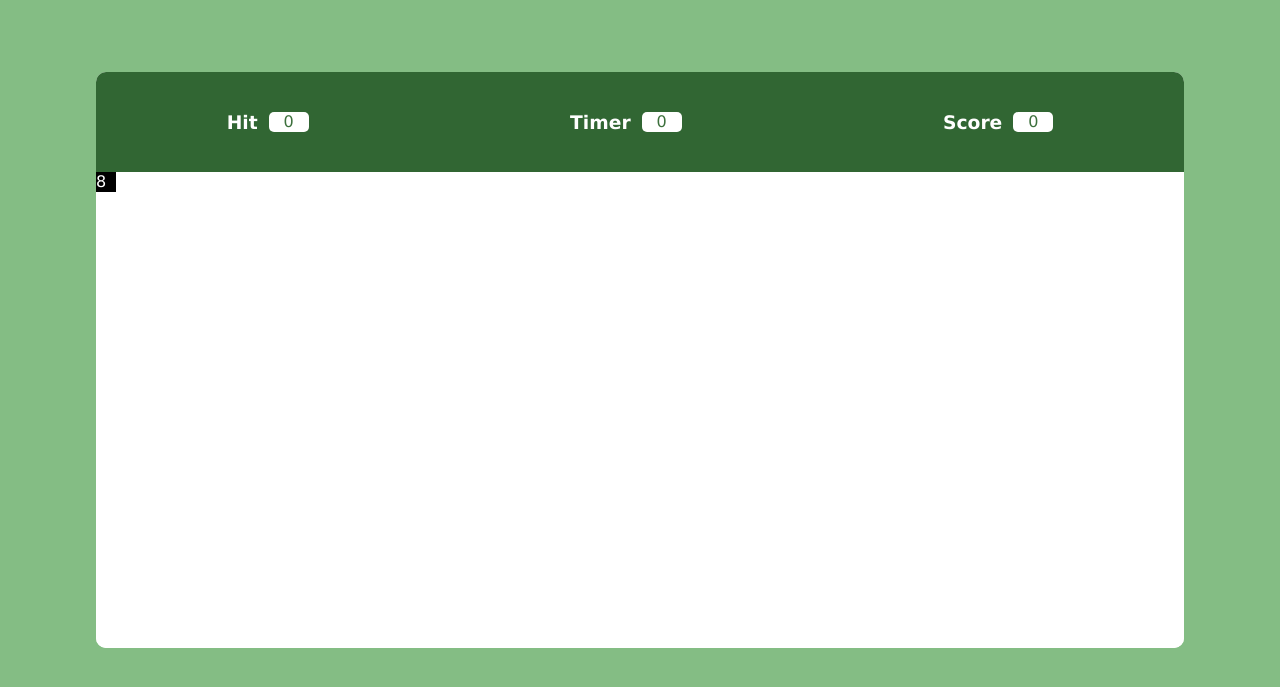
Repository: ketansharma22/BubbleGame
Page: index.html
An editor plug-in stored every save of this project. The page is shown before and after a run of saves, followed by the edit.
The browser window is 1280 px wide. The pictures show the whole page.

Above is the page before, as saved 2024-02-18 23:12:56.

After the next 4 saves:
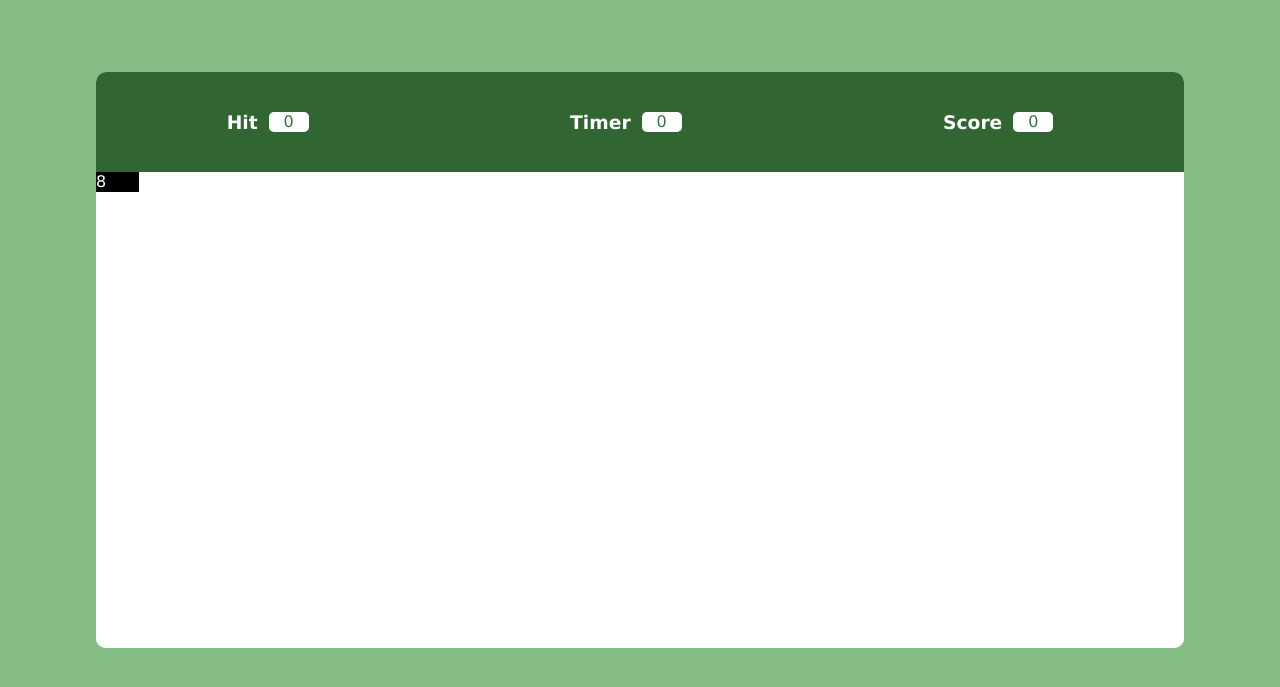
The 4 saves are shown as one change because they came seconds apart.
The last was saved 10 s later.
--- a/styles.css
+++ b/styles.css
@@ -56,7 +56,7 @@ html,body{
     flex-wrap: wrap;
 }
 .bubble{
-    width: 20px;
+    width: 43px;
     background-color: black;
     color: white;
     height: 20px;
